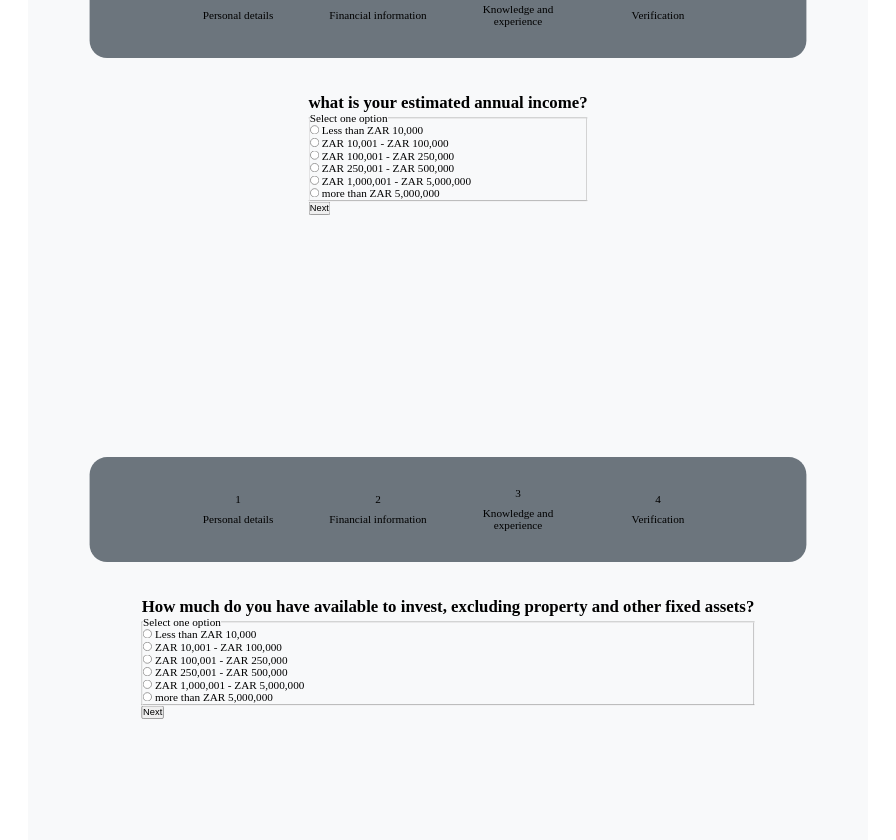
Repository: Jacques-Jaki-Morkel/vaultmarkets_SignupFlow
Page: index.HTML
These files come from the project's save history. The page is drawn as it stood at one moment and after the next save; the edit follows.
The browser window is 1280 px wide. The pictures show the part of the page from y = 4560 to 6480 px (the page is 5760 px tall before and 6480 px after), at 70% of full size.

Above is the page before, as saved 2025-07-30 15:23:57.

### index.HTML
<!DOCTYPE html>
<html lang="en">

<head>
    <meta charset="UTF-8">
    <meta name="viewport" content="width=device-width, initial-scale=1.0">
    <title>Vault Markets - SignUP flow
    </title>
    <link rel="stylesheet" href="styles.css">
</head>

<body>
    <!-- Open account Section -  page 1  -->
    <section class="container-size openAccount-1">
        <div class="col-1">
            <h1>Open an account with Scope Markets</h1>
            <p>Join thousands of traders who trust Scope Markets for their trading needs.</p>
            <h2>Why trade with Scope Markets:</h2>
            <p>Here is why thousands of customers choose to trade with Scope Markets:</p>
            <ul>
                <li>Scope Invest account</li>
                <li>Competitive trading conditions</li>
                <li>Advanced trading platforms</li>
                <li>Fast and convenient transactions</li>
                <li>Excellent multilingual customer support</li>
                <li>Authorized and regulated by the FSCA</li>
            </ul>
        </div>

        <div class="col-2">
            <h2>Open an account</h2>
            <p>Already have an account? <a href="#">Login here</a></p>

            <form action="#" method="POST">
                <label for="email">E-mail</label>
                <input type="email" id="email" name="email" required>

                <label for="password">Password</label>
                <input type="password" id="password" name="password" required>

                <div>
                    <input type="checkbox" id="privacy" name="privacy" required>
                    <label for="privacy">I agree to the <a href="#">Privacy Policy</a>.</label>
                </div>

                <div>
                    <input type="checkbox" id="marketing" name="marketing">
                    <label for="marketing">I agree to receive marketing and promotional communications</label>
                </div>

                <button type="submit">Register</button>
            </form>
        </div>
    </section>

    <!-- Personal details Section -  page 1  -->
    <section class="container-size personal-2">
        <!-- Row 1: Progress Bar -->
        <div class="progress-bar-wrapper">
            <div class="progress-bar">
                <ol class="progress-steps">
                    <li>
                        <div>1</div>
                        <p>Personal details</p>
                    </li>
                    <li>
                        <div>2</div>
                        <p>Financial information</p>
                    </li>
                    <li>
                        <div>3</div>
                        <p>Knowledge and experience</p>
                    </li>
                    <li>
                        <div>4</div>
                        <p>Verification</p>
                    </li>
                </ol>
            </div>
        </div>

        <!-- Row 2: Form -->
        <div>
            <h2>Personal Details</h2>
            <p>Must match details on your ID / passport</p>

            <form action="#" method="POST">

                <!-- Title -->
                <div>
                    <label for="title">Title</label>
                    <select id="title" name="title" required>
                        <option value="">Select title</option>
                        <option value="mr">Mr</option>
                        <option value="mrs">Mrs</option>
                        <option value="ms">Ms</option>
                        <option value="dr">Dr</option>
                    </select>
                </div>

                <!-- Name -->
                <div>
                    <label for="first-name">First name</label>
                    <input type="text" id="first-name" name="first-name" required>

                    <label for="last-name">Last name</label>
                    <input type="text" id="last-name" name="last-name" required>
                </div>

                <!-- Date of Birth -->
                <div>
                    <label>Date of birth</label>
                    <select name="dob-day" required>
                        <option value="">Day</option>
                        <!-- Add 1–31 -->
                    </select>
                    <select name="dob-month" required>
                        <option value="">Month</option>
                        <!-- Add Jan–Dec -->
                    </select>
                    <select name="dob-year" required>
                        <option value="">Year</option>
                        <!-- Add dynamic years -->
                    </select>
                </div>

                <!-- Nationality -->
                <div>
                    <label for="nationality">Nationality</label>
                    <select id="nationality" name="nationality" required>
                        <option value="za" selected>South Africa</option>
                        <!-- Add more options -->
                    </select>
                </div>

                <!-- Phone -->
                <div>
                    <label for="phone">Phone</label>
                    <div>
                        <select name="country-code" required>
                            <option value="+27">+27</option>
                            <!-- Add other country codes if needed -->
                        </select>
                        <input type="tel" id="phone" name="phone" required>
                    </div>
                </div>

                <button type="submit">Next</button>
            </form>
    </section>
    <!-- End of Personal details Section - page 1 -->


    <!-- Personal details Section - page 2 continued -->
    <section class="container-size personal-2">
        <!-- Row 1: Progress Bar -->
        <div class="progress-bar-wrapper">
            <div class="progress-bar">
                <ol class="progress-steps">
                    <li>
                        <div>1</div>
                        <p>Personal details</p>
                    </li>
                    <li>
                        <div>2</div>
                        <p>Financial information</p>
                    </li>
                    <li>
                        <div>3</div>
                        <p>Knowledge and experience</p>
                    </li>
                    <li>
                        <div>4</div>
                        <p>Verification</p>
                    </li>
                </ol>
            </div>
        </div>

        <!-- Row 2: Form -->
        <div>
            <h2>Personal Details</h2>
            <p>Must match details on your ID / passport</p>

            <form action="#" method="POST">

                <!-- Residence Country -->
                <div>
                    <label for="residence-country">Residence country</label>
                    <select id="residence-country" name="residence-country" required>
                        <option value="za" selected>South Africa</option>
                        <!-- Add more countries as needed -->
                    </select>
                </div>

                <!-- FATCA Declaration -->
                <div>
                    <input type="checkbox" id="fatca" name="fatca" required>
                    <label for="fatca">I am not a citizen or resident of the United States of America for tax
                        purposes.</label>
                </div>

                <!-- Terms and Conditions Agreement -->
                <div>
                    <input type="checkbox" id="terms" name="terms" required>
                    <label for="terms">
                        I agree to the
                        <a href="#">Terms & Conditions</a>,
                        <a href="#">Complaints Dispute Policy</a>,
                        <a href="#">FAIS Disclosure</a> and
                        <a href="#">Risk Disclosure</a>.
                    </label>
                </div>

                <button type="submit">Next</button>
            </form>
    </section>
    <!-- End of Personal details Section - page 2 -->


    <!-- Personal details Section - page 3 continued -->
    <section class="container-size personal-2">
        <!-- Row 1: Progress Bar -->
        <div class="progress-bar-wrapper">
            <div class="progress-bar">
                <ol class="progress-steps">
                    <li>
                        <div>1</div>
                        <p>Personal details</p>
                    </li>
                    <li>
                        <div>2</div>
                        <p>Financial information</p>
                    </li>
                    <li>
                        <div>3</div>
                        <p>Knowledge and experience</p>
                    </li>
                    <li>
                        <div>4</div>
                        <p>Verification</p>
                    </li>
                </ol>
            </div>
        </div>

        <!-- Row 2: Form -->
        <div>
            <h2>Have you or any of your close family members ever held, or currently hold.</h2>


            <form action="#" method="POST">

                <!-- Residence Country -->
                <div>
                    <p>(Parents, spouse/partner, children and their spouses/partners)</p>
                </div>

                <!-- country Declaration -->
                <div>
                    <input type="checkbox" id="domestic" name="domestic" required>
                    <label for="domestic">A domestic prominent public function in the
                        country</label>
                </div>

                <!-- foreign country declaration -->
                <div>
                    <input type="checkbox" id="foreign" name="foreign" required>
                    <label for="foreign">A prominent public function in any foreign
                        country</label>
                </div>

                <!-- none country declaration -->
                <div>
                    <input type="checkbox" id="none" name="none" required>
                    <label for="none">None of the above</label>
                </div>

                <button type="submit">Next</button>
            </form>
    </section>
    <!-- End of Personal details Section - page 3 -->


    <!-- Financial information Section - page 1 -->
    <section class="container-size personal-2">
        <!-- Row 1: Progress Bar -->
        <div class="progress-bar-wrapper">
            <div class="progress-bar">
                <ol class="progress-steps">
                    <li>
                        <div>1</div>
                        <p>Personal details</p>
                    </li>
                    <li>
                        <div>2</div>
                        <p>Financial information</p>
                    </li>
                    <li>
                        <div>3</div>
                        <p>Knowledge and experience</p>
                    </li>
                    <li>
                        <div>4</div>
                        <p>Verification</p>
                    </li>
                </ol>
            </div>
        </div>

        <!-- Row 2: Form -->
        <div>
            <h2>What is you current employment status?</h2>


            <form action="#" method="POST">

                <!-- Select 1 option -->
                <fieldset>
                    <legend>Select one option</legend>

                    <div>
                        <input type="radio" id="option1" name="selection" value="option1" required>
                        <label for="option1">Employed</label>
                    </div>

                    <div>
                        <input type="radio" id="option2" name="selection" value="option2">
                        <label for="option2">Self-employed</label>
                    </div>

                    <div>
                        <input type="radio" id="option3" name="selection" value="option3">
                        <label for="option3">Retired</label>
                    </div>

                    <div>
                        <input type="radio" id="option4" name="selection" value="option4">
                        <label for="option4">Unemployed</label>
                    </div>

                    <div>
                        <input type="radio" id="option5" name="selection" value="option5">
                        <label for="option5">Student</label>
                    </div>
                </fieldset>
                <button type="submit">Next</button>
            </form>
    </section>
    <!-- End of Financial information Section - page 1 -->

    <!-- Financial information Section - page 2 continued -->
    <section class="container-size personal-2">
        <!-- Row 1: Progress Bar -->
        <div class="progress-bar-wrapper">
            <div class="progress-bar">
                <ol class="progress-steps">
                    <li>
                        <div>1</div>
                        <p>Personal details</p>
                    </li>
                    <li>
                        <div>2</div>
                        <p>Financial information</p>
                    </li>
                    <li>
                        <div>3</div>
                        <p>Knowledge and experience</p>
                    </li>
                    <li>
                        <div>4</div>
                        <p>Verification</p>
                    </li>
                </ol>
            </div>
        </div>

        <!-- Row 2: Form -->
        <div>
            <h2>What industry do you work in?</h2>

            <form action="#" method="POST">

                <!-- Select 1 option -->
                <input type="text" id="industry" name="industry" placeholder="Enter your industry" required>
                <label for="industry">Industry</label>



                <button type="submit">Next</button>
            </form>
    </section>
    <!-- End of Financial information Section - page 2 -->

    <!-- Financial information Section - page 3 continued -->
    <section class="container-size personal-2">
        <!-- Row 1: Progress Bar -->
        <div class="progress-bar-wrapper">
            <div class="progress-bar">
                <ol class="progress-steps">
                    <li>
                        <div>1</div>
                        <p>Personal details</p>
                    </li>
                    <li>
                        <div>2</div>
                        <p>Financial information</p>
                    </li>
                    <li>
                        <div>3</div>
                        <p>Knowledge and experience</p>
                    </li>
                    <li>
                        <div>4</div>
                        <p>Verification</p>
                    </li>
                </ol>
            </div>
        </div>

        <!-- Row 2: Form -->
        <div>
            <h2>what is your estimated annual income?</h2>

            <form action="#" method="POST">
                <!-- Select 1 option -->
                <fieldset>
                    <legend>Select one option</legend>

                    <div>
                        <input type="radio" id="option1" name="selection" value="option1" required>
                        <label for="option1">Less than ZAR 10,000</label>
                    </div>

                    <div>
                        <input type="radio" id="option2" name="selection" value="option2">
                        <label for="option2">ZAR 10,001 - ZAR 100,000</label>
                    </div>

                    <div>
                        <input type="radio" id="option3" name="selection" value="option3">
                        <label for="option3">ZAR 100,001 - ZAR 250,000</label>
                    </div>

                    <div>
                        <input type="radio" id="option4" name="selection" value="option4">
                        <label for="option4">ZAR 250,001 - ZAR 500,000</label>
                    </div>

                    <div>
                        <input type="radio" id="option5" name="selection" value="option5">
                        <label for="option5">ZAR 1,000,001 - ZAR 5,000,000</label>
                    </div>
                    <div>
                        <input type="radio" id="option6" name="selection" value="option6">
                        <label for="option6">more than ZAR 5,000,000</label>
                    </div>
                </fieldset>
                <button type="submit">Next</button>
            </form>
    </section>
    <!-- End of Financial information Section - page 3 -->

    <!-- Financial information Section - page 4 continued -->
    <section class="container-size personal-2">
        <!-- Row 1: Progress Bar -->
        <div class="progress-bar-wrapper">
            <div class="progress-bar">
                <ol class="progress-steps">
                    <li>
                        <div>1</div>
                        <p>Personal details</p>
                    </li>
                    <li>
                        <div>2</div>
                        <p>Financial information</p>
                    </li>
                    <li>
                        <div>3</div>
                        <p>Knowledge and experience</p>
                    </li>
                    <li>
                        <div>4</div>
                        <p>Verification</p>
                    </li>
                </ol>
            </div>
        </div>

        <!-- Row 2: Form -->
        <div>
            <h2>How much do you have available to invest, excluding property and other fixed assets?</h2>

            <form action="#" method="POST">
                <!-- Select 1 option -->
                <fieldset>
                    <legend>Select one option</legend>

                    <div>
                        <input type="radio" id="option1" name="selection" value="option1" required>
                        <label for="option1">Less than ZAR 10,000</label>
                    </div>

                    <div>
                        <input type="radio" id="option2" name="selection" value="option2">
                        <label for="option2">ZAR 10,001 - ZAR 100,000</label>
                    </div>

                    <div>
                        <input type="radio" id="option3" name="selection" value="option3">
                        <label for="option3">ZAR 100,001 - ZAR 250,000</label>
                    </div>

                    <div>
                        <input type="radio" id="option4" name="selection" value="option4">
                        <label for="option4">ZAR 250,001 - ZAR 500,000</label>
                    </div>

                    <div>
                        <input type="radio" id="option5" name="selection" value="option5">
                        <label for="option5">ZAR 1,000,001 - ZAR 5,000,000</label>
                    </div>
                    <div>
                        <input type="radio" id="option6" name="selection" value="option6">
                        <label for="option6">more than ZAR 5,000,000</label>
                    </div>
                </fieldset>
                <button type="submit">Next</button>
            </form>
    </section>
    <!-- End of Financial information Section - page 4 -->

    <script src="script.js"></script>
</body>

</html>

### styles.css
/* Reset and Base Styles */
* {
    margin: 0;
    padding: 0;
    box-sizing: border-box;
}

:root {
    --primary-color: #c89006;
    --secondary-color: #6c757d;
    --background-color: #f8f9fa;
    --text-color: #292929;
    --link-color: #007bff;
}

.container-size {
    max-width: 1200px;
    margin: 0 auto;
    padding: 0 20px;
}

/* start of sigh up flow styling here */

/* page #1 in sign up flow */
.openAccount-1

/* Signup open account start */
    {
    display: flex;
    flex-direction: row;
    align-items: center;
    justify-content: center;
    height: 100vh;
    background-color: var(--background-color);
}

/* Signup open account end */

/* Progress bar styling here */
.progress-bar-wrapper

/* progress bar */
    {
    margin-bottom: 50px;
}

.progress-bar {
    display: flex;
    flex-direction: row;
    align-items: center;
    justify-content: center;
    width: 80vw;
    height: 150px;
    background-color: var(--secondary-color);
    border-radius: 25px;

}

.progress-steps {
    gap: 50px;
    display: flex;
    justify-content: flex-start;
    flex-direction: row;
    align-items: center;
}

.progress-steps li {
    width: 150px;
    gap: 10px;
    display: flex;
    flex-direction: column;
    align-items: center;
}

.progress-steps li p {
    text-align: center;
}

/* page #2 in sign up flow */
.personal-2

/* Signup personal details */
    {
    display: flex;
    flex-direction: column;
    align-items: center;
    justify-content: center;
    height: 100vh;
    background-color: var(--background-color);
}

Loaded but not shown: script.js (no stored copy; drawn as an empty file)

After the next save:
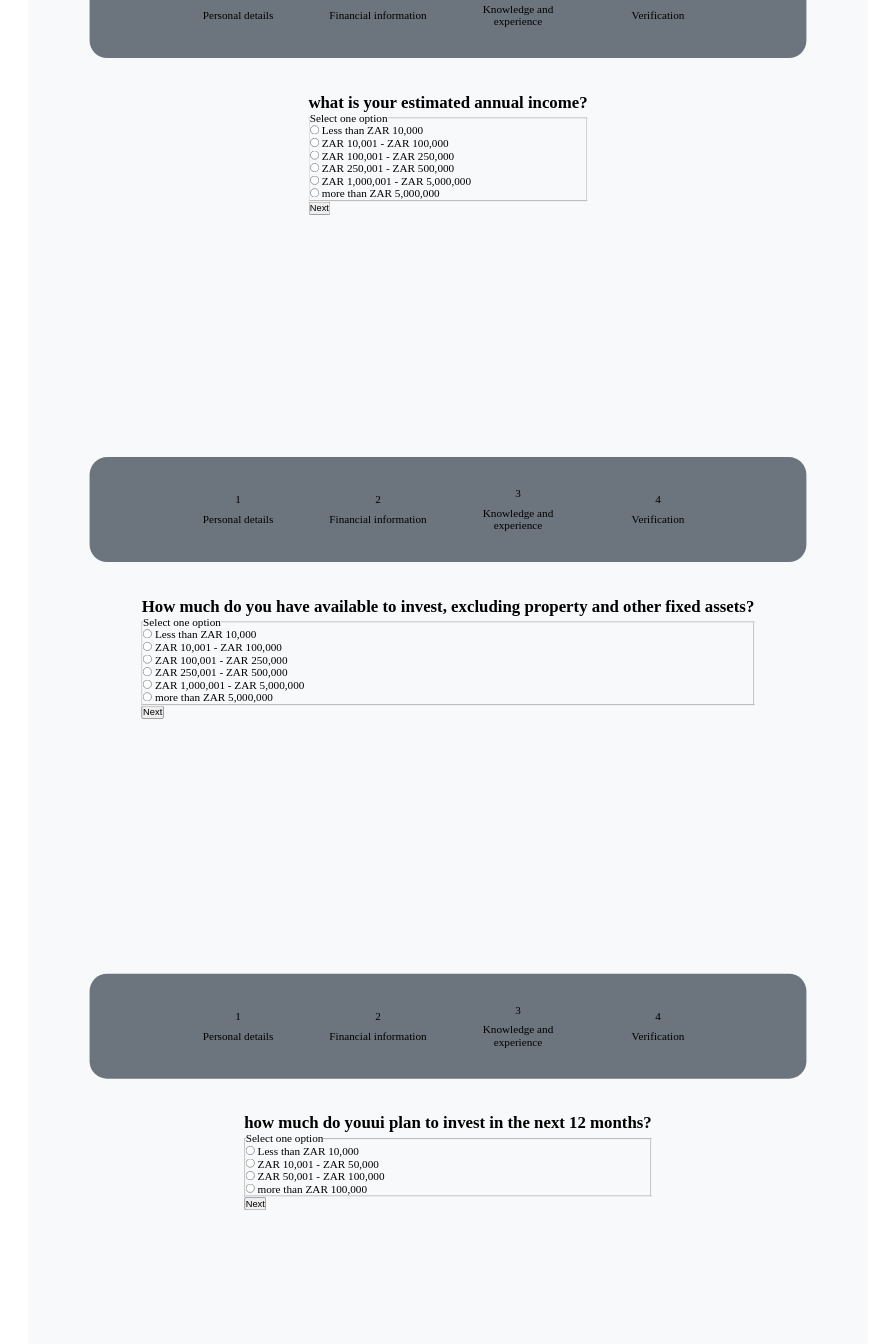
Saved 24 min 39 s later.
--- a/index.HTML
+++ b/index.HTML
@@ -530,6 +530,66 @@
     </section>
     <!-- End of Financial information Section - page 4 -->
 
+    <!-- Financial information Section - page 5 continued -->
+    <section class="container-size personal-2">
+        <!-- Row 1: Progress Bar -->
+        <div class="progress-bar-wrapper">
+            <div class="progress-bar">
+                <ol class="progress-steps">
+                    <li>
+                        <div>1</div>
+                        <p>Personal details</p>
+                    </li>
+                    <li>
+                        <div>2</div>
+                        <p>Financial information</p>
+                    </li>
+                    <li>
+                        <div>3</div>
+                        <p>Knowledge and experience</p>
+                    </li>
+                    <li>
+                        <div>4</div>
+                        <p>Verification</p>
+                    </li>
+                </ol>
+            </div>
+        </div>
+
+        <!-- Row 2: Form -->
+        <div>
+            <h2>how much do youui plan to invest in the next 12 months?</h2>
+
+            <form action="#" method="POST">
+                <!-- Select 1 option -->
+                <fieldset>
+                    <legend>Select one option</legend>
+
+                    <div>
+                        <input type="radio" id="option1" name="selection" value="option1" required>
+                        <label for="option1">Less than ZAR 10,000</label>
+                    </div>
+
+                    <div>
+                        <input type="radio" id="option2" name="selection" value="option2">
+                        <label for="option2">ZAR 10,001 - ZAR 50,000</label>
+                    </div>
+
+                    <div>
+                        <input type="radio" id="option3" name="selection" value="option3">
+                        <label for="option3">ZAR 50,001 - ZAR 100,000</label>
+                    </div>
+
+                    <div>
+                        <input type="radio" id="option4" name="selection" value="option4">
+                        <label for="option4">more than ZAR 100,000</label>
+                    </div>
+                </fieldset>
+                <button type="submit">Next</button>
+            </form>
+    </section>
+    <!-- End of Financial information Section - page 5 -->
+
     <script src="script.js"></script>
 </body>
 
